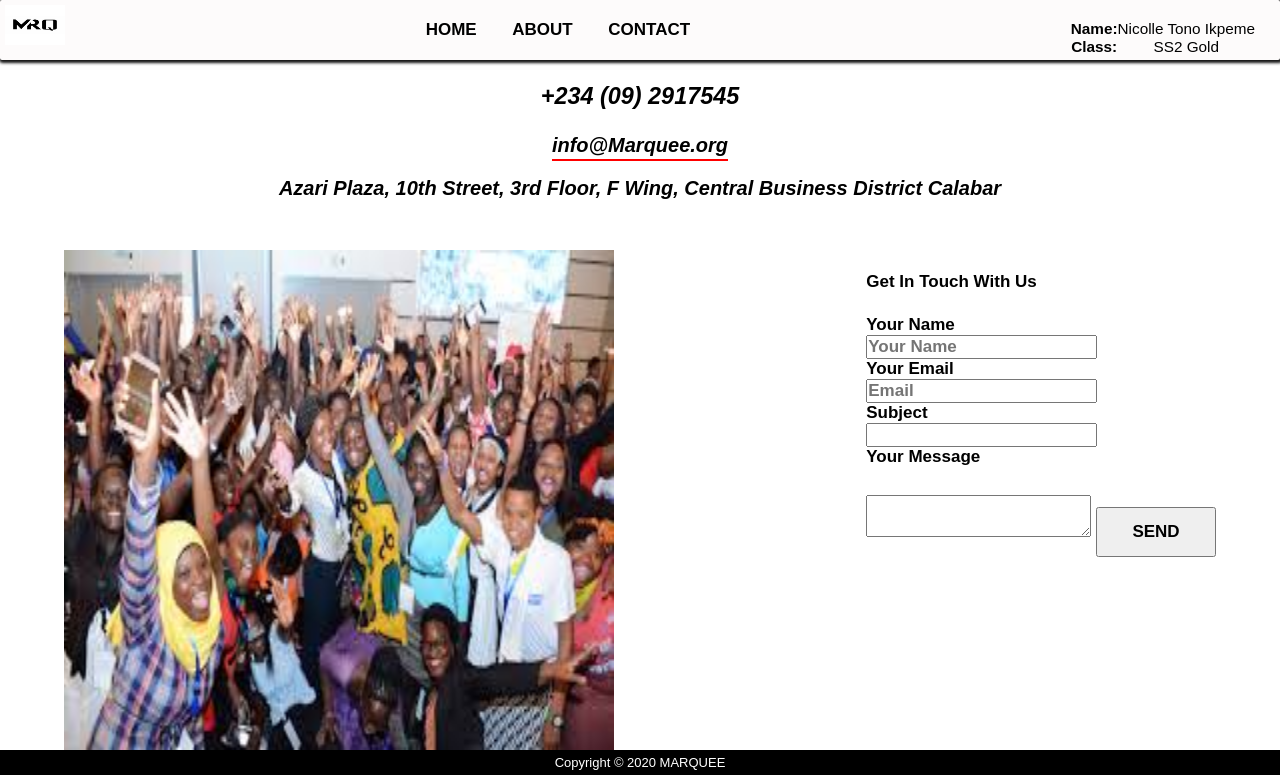
Repository: pboi18/Marquee.org
Page: contact.html
The author's editor kept a copy of each file at every save. The page is drawn from the files as they stood at one save, then again after the next save.
The browser window is 1280 px wide. The pictures show the whole page.

Above is the page before, as saved 2020-07-11 21:42:22.

### contact.html
<!DOCTYPE html>
<html>
    <head>
        <meta charset="utf-8">
        <link rel="icon" type="image/png" sizes="16x16" href="img/logo.png">
        <title>Marquee</title>

        <link rel="stylesheet" href="style.css" >
        <link rel="stylesheet" href="normalize.css" >


    </head>

    <body>
            <nav class="main">

                    <div class="navbar2">

                        <img src="img/logo.png" alt="MARQUEE" class="logo">

                        <ul class="main-nav">
                            <li>
                                <a href="home.html">
                                    Home
                                </a>
                            </li>

                            <li>
                                <a href="about.html">
                                    ABOUT
                                </a>
                            </li>

                            <li>
                                <a href="contact.html">
                                    CONTACT
                                </a>
                            </li>

                            <li style="float: right;">
                                <table class="id">
                                    <tr>
                                        <th>Name:</th>
                                        <td> Nicolle Tono Ikpeme</td>
                                    </tr>

                                    <tr>
                                        <th>Class:</th>
                                        <td> SS2 Gold</td>
                                    </tr>

                                </table>
                            </li>

                        </ul>





                </div>

            </nav>

            <div class="con">
                <div class="contact">
                    <address>
                        <h3>+234 (09) 2917545</h3>
                        <a href="info@Marquee.org" style="text-decoration: none; color: black;
                        font-weight: bold; border-bottom: 2px solid red; padding-bottom: 3px;">
                            info@Marquee.org
                        </a><br>
                        <p style="font-weight: bold;">Azari Plaza, 10th Street, 3rd Floor, F Wing, Central Business District Calabar</p>
                    </address>
                </div>


                <div style="height: 500px;">
                    <img src="img/images.jpg" alt="Happy women" class="image span-1-of-2">

                    <form class="form2 span-1-of-2">
                        <h4 >Get In Touch With Us</h4>
                        <label>Your Name </label>
                        <input type="text" name="Name" placeholder="Your Name" required >
                        <label>Your Email</label>
                        <input type="email"  placeholder="Email" required >
                        <label>Subject</label>
                        <input type="text" >
                        <label>Your Message</label>
                        <textarea ></textarea>
                        <!-- <input type="submit" value="SEND" name="send" style="margin-top: 40px;"> -->

                        <button type="submit" style="margin-top: 40px; width: 120px; height: 50px;">SEND</button>

                    </form>

                </div>
            </div>

        <footer>
            <P style="color: white; text-align: center; margin: 0; font-size: small; padding: 5px;">
                Copyright &copy; 2020 MARQUEE
            </P>
        </footer>
    </body>
</html>

### style.css
* {
    margin: o;
    padding: 0;
    box-sizing: border-box;
}

html {
    background-color: #fff;
    max-width: 100%;
    font-size: 20px;
    font-weight: 300;
    font-family: Arial, Helvetica, sans-serif;
    text-rendering: optimizeLegibility;
}



h1 {
    margin: 0;
}

label {
    display: block;
}

/* header {
    background-image: linear-gradient( rgba(0, 0, 0, 0.4), rgba(0, 0, 0, 0.4)), url(img/home.jpg);
    height: 100vh;
    background-size: cover;
    background-position: center;
} */


.logo {
    height: 40px;
    width: 60px;
    float: left;
    margin: 5px;
}

.main-nav {
    list-style: none;
    margin: auto;
    margin-top: 10px;
    text-align: center;


}

.main-nav li {
    display: inline-block;
    margin: 10px 15px;
    font-size: 85%;

}

.main-nav li a:link,
.main-nav li a:visited {
    color: #000;
    text-decoration: none;
    text-transform: uppercase;
    font-weight: bold;
    padding: 3px 0px;
    border-bottom: 3px solid transparent;
    transition: border-bottom 0.2s;
}

.main-nav li a:hover,
.main-nav li a:active {
    border-bottom: 3px solid rgb(158, 0, 0);
}
.id {
    display: inline;
    padding: 10px;
    font-size: 90%;
}

.navbar {
    height: 50px;
    width: 100%;
    display: inline-block;
    border-radius: 2px;
    box-shadow: 0px 3px -1px 2px rgb(190, 189, 189);
    position: fixed;
    background-color: rgb(253, 251, 251);
}

.navbar2 {
    height: 60px;
    width: 100%;
    display: inline-block;
    border-radius: 2px;
    box-shadow: 1px 1px 3px 2px rgb(20, 20, 20);
    /* position: fixed; */
    background-color: rgb(253, 251, 251);
}

.numb {
    border: solid 5px rgb(63, 62, 62);
    text-align: center;
    width: 40px;
    height: 30px;
    align-self: center;
    border-radius: 50%;
    margin: auto;
    background-color: rgb(63, 62, 62);
    color: white;
}
.wup {
    padding-top: 10px;

    background: linear-gradient(180deg, #DF2828 5.21%, rgba(223, 40, 40, 0.427083) 55.73%, rgba(223, 40, 40, 0.427083) 64.06%, rgba(223, 40, 40, 0.427083) 73.44%, rgba(222, 17, 17, 0.427083) 100%, rgba(170, 77, 77, 0) 100%);
}

.cover {
    border-radius: 5px;
    margin: auto;
}

.sec {
    background-color: black;
    height: 250px;
    width: 100%;
    text-align: center;
}



main {
    /* width: 1000px; */
    margin: auto;
}

.con {
    width: 90%;
    margin: auto;
    ;

}
.contact {
    text-align: center;
    margin: auto;
    margin-bottom: 50px;
}
.image {
    width: 550px;
    height: 500px;
    float: left;
}

.form2 {
    float: right;
    text-align: left;
    font-size: 85%;
    font-weight: bold;
}

footer {
    background-color: #000;
}

### Grid.css

/*  SECTIONS  ============================================================================= */

.section {
	clear: both;
	padding: 0px;
	margin: 0px;
}

/*  GROUPING  ============================================================================= */

.row {
    zoom: 1; /* For IE 6/7 (trigger hasLayout) */
}

.row:before,
.row:after {
    content:"";
    display:table;
}
.row:after {
    clear:both;
}

/*  GRID COLUMN SETUP   ==================================================================== */

.col {
	display: block;
	float:left;
	margin: 1% 0 1% 1.6%;
}

.col:first-child { margin-left: 0; } /* all browsers except IE6 and lower */


/*  REMOVE MARGINS AS ALL GO FULL WIDTH AT 480 PIXELS */

@media only screen and (max-width: 480px) {
	.col {
		/*margin: 1% 0 1% 0%;*/
        margin: 0;
	}
}


/*  GRID OF TWO   ============================================================================= */


.span-2-of-2 {
	width: 100%;
}

.span-1-of-2 {
	width: 49.2%;
}

/*  GO FULL WIDTH AT LESS THAN 480 PIXELS */

@media only screen and (max-width: 480px) {
	.span-2-of-2 {
		width: 100%;
	}
	.span-1-of-2 {
		width: 100%;
	}
}


/*  GRID OF THREE   ============================================================================= */


.span-3-of-3 {
	width: 100%;
}

.span-2-of-3 {
	width: 66.13%;
}

.span-1-of-3 {
	width: 32.26%;
}


/*  GO FULL WIDTH AT LESS THAN 480 PIXELS */

@media only screen and (max-width: 480px) {
	.span-3-of-3 {
		width: 100%;
	}
	.span-2-of-3 {
		width: 100%;
	}
	.span-1-of-3 {
		width: 100%;
	}
}

/*  GRID OF FOUR   ============================================================================= */


.span-4-of-4 {
	width: 100%;
}

.span-3-of-4 {
	width: 74.6%;
}

.span-2-of-4 {
	width: 49.2%;
}

.span-1-of-4 {
	width: 23.8%;
}


/*  GO FULL WIDTH AT LESS THAN 480 PIXELS */

@media only screen and (max-width: 480px) {
	.span-4-of-4 {
		width: 100%;
	}
	.span-3-of-4 {
		width: 100%;
	}
	.span-2-of-4 {
		width: 100%;
	}
	.span-1-of-4 {
		width: 100%;
	}
}


/*  GRID OF FIVE   ============================================================================= */


.span-5-of-5 {
	width: 100%;
}

.span-4-of-5 {
  	width: 79.68%;
}

.span-3-of-5 {
  	width: 59.36%;
}

.span-2-of-5 {
  	width: 39.04%;
}

.span-1-of-5 {
  	width: 18.72%;
}


/*  GO FULL WIDTH AT LESS THAN 480 PIXELS */

@media only screen and (max-width: 480px) {
	.span-5-of-5 {
		width: 100%;
	}
	.span-4-of-5 {
		width: 100%;
	}
	.span-3-of-5 {
		width: 100%;
	}
	.span-2-of-5 {
		width: 100%;
	}
	.span-1-of-5 {
		width: 100%;
	}
}


/*  GRID OF SIX   ============================================================================= */


.span-6-of-6 {
	width: 100%;
}

.span-5-of-6 {
  	width: 83.06%;
}

.span-4-of-6 {
  	width: 66.13%;
}

.span-3-of-6 {
  	width: 49.2%;
}

.span-2-of-6 {
  	width: 32.26%;
}

.span-1-of-6 {
  	width: 15.33%;
}


/*  GO FULL WIDTH AT LESS THAN 480 PIXELS */

@media only screen and (max-width: 480px) {
	.span-6-of-6 {
		width: 100%;
	}
	.span-5-of-6 {
		width: 100%;
	}
	.span-4-of-6 {
		width: 100%;
	}
	.span-3-of-6 {
		width: 100%;
	}
	.span-2-of-6 {
		width: 100%;
	}
	.span-1-of-6 {
		width: 100%;
	}
}



/*  GRID OF SEVEN   ============================================================================= */


.span-7-of-7 {
	width: 100%;
}

.span-6-of-7 {
	width: 85.48%;
}

.span-5-of-7 {
  	width: 70.97%;
}

.span-4-of-7 {
  	width: 56.45%;
}

.span-3-of-7 {
  	width: 41.94%;
}

.span-2-of-7 {
  	width: 27.42%;
}

.span-1-of-7 {
  	width: 12.91%;
}


/*  GO FULL WIDTH AT LESS THAN 480 PIXELS */

@media only screen and (max-width: 480px) {
	.span-7-of-7 {
		width: 100%;
	}
	.span-6-of-7 {
		width: 100%;
	}
	.span-5-of-7 {
		width: 100%;
	}
	.span-4-of-7 {
		width: 100%;
	}
	.span-3-of-7 {
		width: 100%;
	}
	.span-2-of-7 {
		width: 100%;
	}
	.span-1-of-7 {
		width: 100%;
	}
}


/*  GRID OF EIGHT   ============================================================================= */


.span-8-of-8 {
	width: 100%;
}

.span-7-of-8 {
	width: 87.3%;
}

.span-6-of-8 {
	width: 74.6%;
}

.span-5-of-8 {
	width: 61.9%;
}

.span-4-of-8 {
	width: 49.2%;
}

.span-3-of-8 {
	width: 36.5%;
}

.span-2-of-8 {
	width: 23.8%;
}

.span-1-of-8 {
	width: 11.1%;
}


/*  GO FULL WIDTH AT LESS THAN 480 PIXELS */

@media only screen and (max-width: 480px) {
	.span-8-of-8 {
		width: 100%;
	}
	.span-7-of-8 {
		width: 100%;
	}
	.span-6-of-8 {
		width: 100%;
	}
	.span-5-of-8 {
		width: 100%;
	}
	.span-4-of-8 {
		width: 100%;
	}
	.span-3-of-8 {
		width: 100%;
	}
	.span-2-of-8 {
		width: 100%;
	}
	.span-1-of-8 {
		width: 100%;
	}
}


/*  GRID OF NINE   ============================================================================= */


.span-9-of-9 {
	width: 100%;
}

.span-8-of-9 {
	width: 88.71%;
}

.span-7-of-9 {
	width: 77.42%;
}

.span-6-of-9 {
	width: 66.13%;
}

.span-5-of-9 {
	width: 54.84%;
}

.span-4-of-9 {
	width: 43.55%;
}

.span-3-of-9 {
	width: 32.26%;
}

.span-2-of-9 {
	width: 20.97%;
}

.span-1-of-9 {
	width: 9.68%;
}


/*  GO FULL WIDTH AT LESS THAN 480 PIXELS */

@media only screen and (max-width: 480px) {
	.span-9-of-9 {
		width: 100%;
	}
	.span-8-of-9 {
		width: 100%;
	}
	.span-7-of-9 {
		width: 100%;
	}
	.span-6-of-9 {
		width: 100%;
	}
	.span-5-of-9 {
		width: 100%;
	}
	.span-4-of-9 {
		width: 100%;
	}
	.span-3-of-9 {
		width: 100%;
	}
	.span-2-of-9 {
		width: 100%;
	}
	.span-1-of-9 {
		width: 100%;
	}
}


/*  GRID OF TEN   ============================================================================= */


.span-10-of-10 {
	width: 100%;
}

.span-9-of-10 {
	width: 89.84%;
}

.span-8-of-10 {
	width: 79.68%;
}

.span-7-of-10 {
	width: 69.52%;
}

.span-6-of-10 {
	width: 59.36%;
}

.span-5-of-10 {
	width: 49.2%;
}

.span-4-of-10 {
	width: 39.04%;
}

.span-3-of-10 {
	width: 28.88%;
}

.span-2-of-10 {
	width: 18.72%;
}

.span-1-of-10 {
	width: 8.56%;
}


/*  GO FULL WIDTH AT LESS THAN 480 PIXELS */

@media only screen and (max-width: 480px) {
	.span-10-of-10 {
		width: 100%;
	}
	.span-9-of-10 {
		width: 100%;
	}
	.span-8-of-10 {
		width: 100%;
	}
	.span-7-of-10 {
		width: 100%;
	}
	.span-6-of-10 {
		width: 100%;
	}
	.span-5-of-10 {
		width: 100%;
	}
	.span-4-of-10 {
		width: 100%;
	}
	.span-3-of-10 {
		width: 100%;
	}
	.span-2-of-10 {
		width: 100%;
	}
	.span-1-of-10 {
		width: 100%;
	}
}


/*  GRID OF ELEVEN   ============================================================================= */

.span-11-of-11 {
	width: 100%;
}

.span-10-of-11 {
	width: 90.76%;
}

.span-9-of-11 {
	width: 81.52%;
}

.span-8-of-11 {
	width: 72.29%;
}

.span-7-of-11 {
	width: 63.05%;
}

.span-6-of-11 {
	width: 53.81%;
}

.span-5-of-11 {
	width: 44.58%;
}

.span-4-of-11 {
	width: 35.34%;
}

.span-3-of-11 {
	width: 26.1%;
}

.span-2-of-11 {
	width: 16.87%;
}

.span-1-of-11 {
	width: 7.63%;
}


/*  GO FULL WIDTH AT LESS THAN 480 PIXELS */

@media only screen and (max-width: 480px) {
	.span-11-of-11 {
		width: 100%;
	}
	.span-10-of-11 {
		width: 100%;
	}
	.span-9-of-11 {
		width: 100%;
	}
	.span-8-of-11 {
		width: 100%;
	}
	.span-7-of-11 {
		width: 100%;
	}
	.span-6-of-11 {
		width: 100%;
	}
	.span-5-of-11 {
		width: 100%;
	}
	.span-4-of-11 {
		width: 100%;
	}
	.span-3-of-11 {
		width: 100%;
	}
	.span-2-of-11 {
		width: 100%;
	}
	.span-1-of-11 {
		width: 100%;
	}
}


/*  GRID OF TWELVE   ============================================================================= */

.span-12-of-12 {
	width: 100%;
}

.span-11-of-12 {
	width: 91.53%;
}

.span-10-of-12 {
	width: 83.06%;
}

.span-9-of-12 {
	width: 74.6%;
}

.span-8-of-12 {
	width: 66.13%;
}

.span-7-of-12 {
	width: 57.66%;
}

.span-6-of-12 {
	width: 49.2%;
}

.span-5-of-12 {
	width: 40.73%;
}

.span-4-of-12 {
	width: 32.26%;
}

.span-3-of-12 {
	width: 23.8%;
}

.span-2-of-12 {
	width: 15.33%;
}

.span-1-of-12 {
	width: 6.86%;
}


/*  GO FULL WIDTH AT LESS THAN 480 PIXELS */

@media only screen and (max-width: 480px) {
	.span-12-of-12 {
		width: 100%;
	}
	.span-11-of-12 {
		width: 100%;
	}
	.span-10-of-12 {
		width: 100%;
	}
	.span-9-of-12 {
		width: 100%;
	}
	.span-8-of-12 {
		width: 100%;
	}
	.span-7-of-12 {
		width: 100%;
	}
	.span-6-of-12 {
		width: 100%;
	}
	.span-5-of-12 {
		width: 100%;
	}
	.span-4-of-12 {
		width: 100%;
	}
	.span-3-of-12 {
		width: 100%;
	}
	.span-2-of-12 {
		width: 100%;
	}
	.span-1-of-12 {
		width: 100%;
	}
}

Loaded but not shown: normalize.css (library)

After the next save:
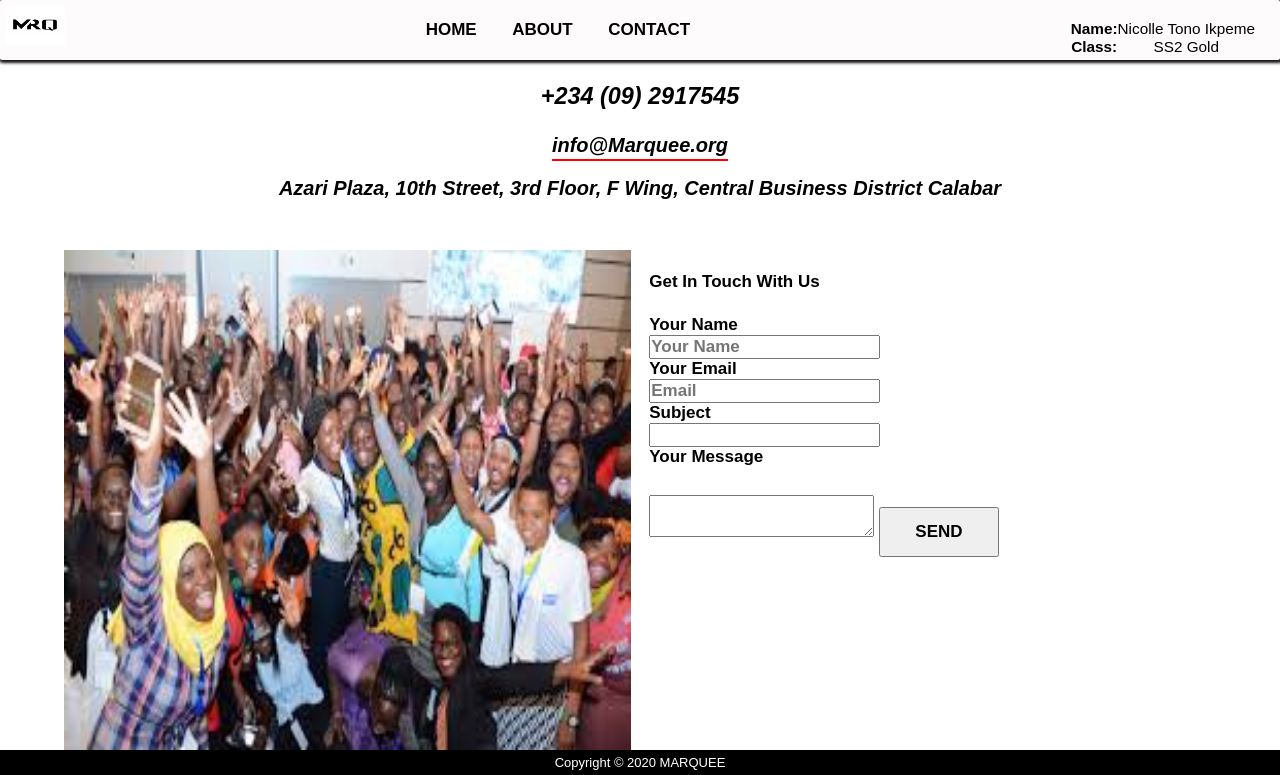
Saved 62 s later.
--- a/contact.html
+++ b/contact.html
@@ -7,6 +7,7 @@
 
         <link rel="stylesheet" href="style.css" >
         <link rel="stylesheet" href="normalize.css" >
+        <link rel="stylesheet" href="Grid.css">
 
 
     </head>
